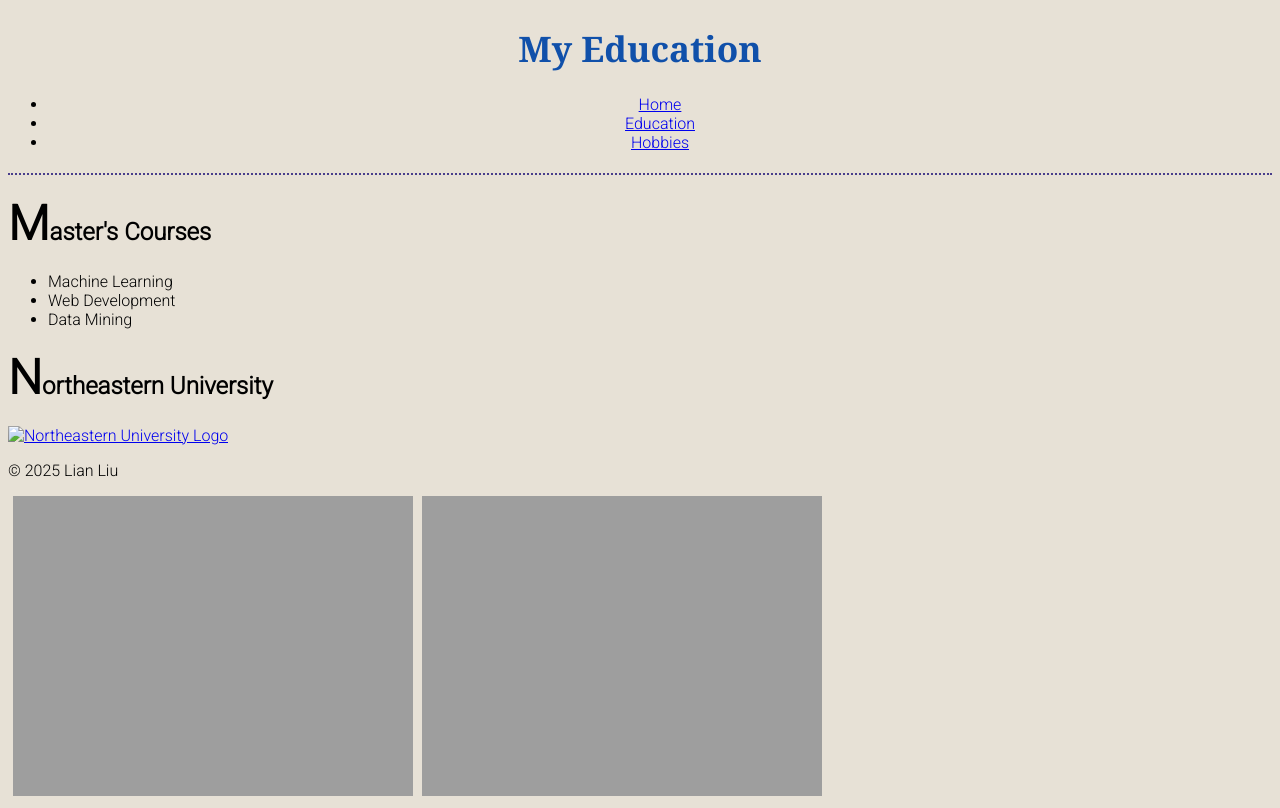
Repository: liulian26/CS5610
Page: assignment-1-liulian26/pages/education.html
An editor plug-in stored every save of this project. The page is shown before and after the next save, followed by the edit.
The browser window is 1280 px wide. The pictures show the whole page.
Pictures or frames that could not be fetched are drawn as grey boxes.

Above is the page before, as saved 2025-01-31 23:36:37.
Not found: assignment-1-liulian26/images/northeastern-logo.png

After the next save:
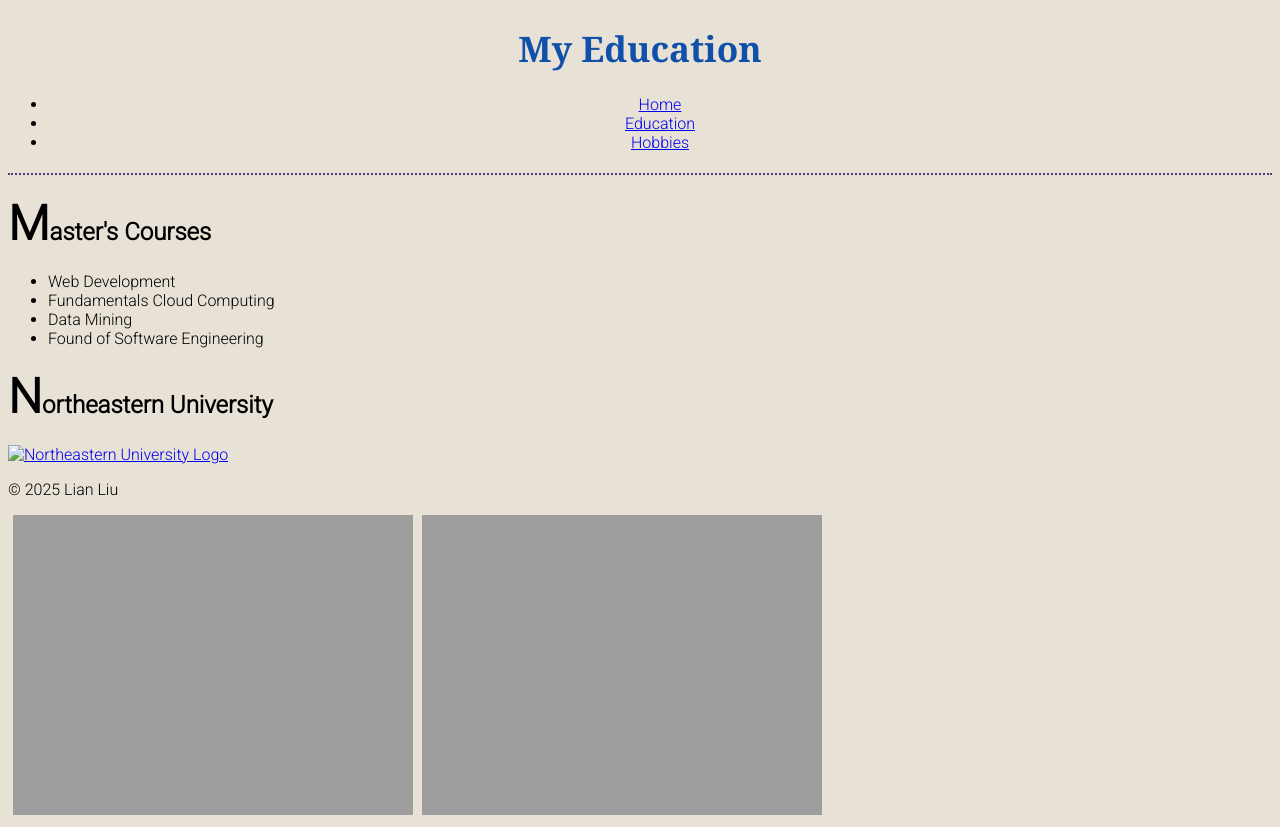
Saved 110 s later.
--- a/assignment-1-liulian26/pages/education.html
+++ b/assignment-1-liulian26/pages/education.html
@@ -23,9 +23,10 @@
         <section>
             <h2>Master's Courses</h2>
             <ul>
-                <li>Machine Learning</li>
                 <li>Web Development</li>
+                <li>Fundamentals Cloud Computing</li>
                 <li>Data Mining</li>
+                <li>Found of Software Engineering</li>
             </ul>
         </section>
 
